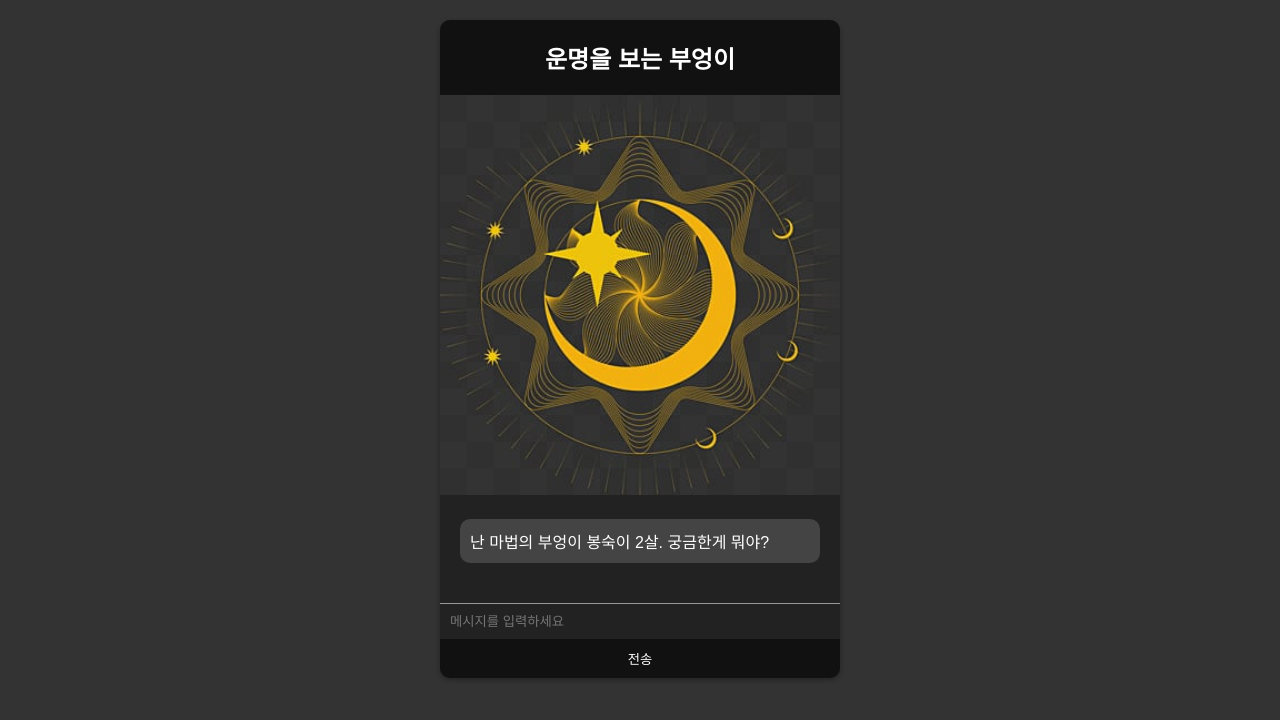
Repository: MYOUNGJOO-KIM/taro
Page: frontend/index.html
These files come from the project's save history. The page is drawn as it stood at one moment and after the next save; the edit follows.
The browser window is 1280 px wide. The pictures show the whole page.

Above is the page before, as saved 2023-07-10 22:27:35.

After the next save:
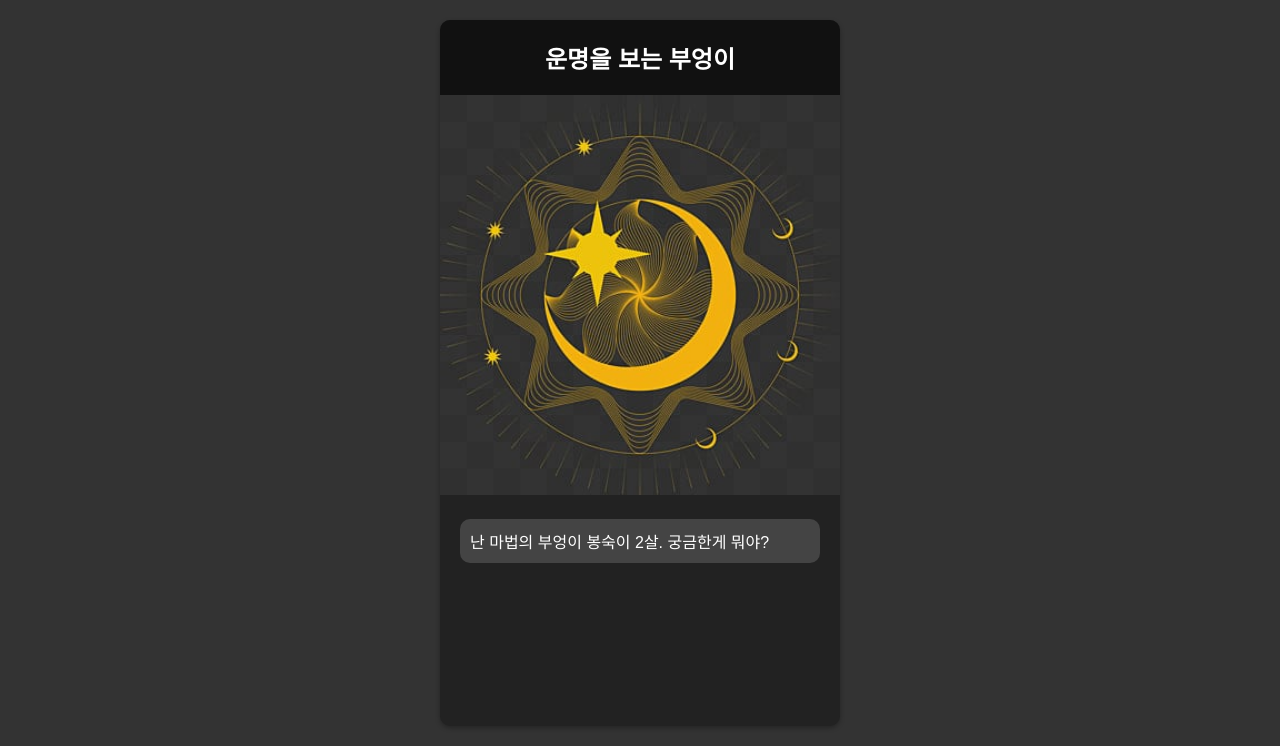
Saved 78 s later.
--- a/frontend/index.html
+++ b/frontend/index.html
@@ -23,6 +23,7 @@
             border-radius: 10px;
             box-shadow: 0 2px 5px rgba(0, 0, 0, 0.3);
             overflow: hidden;
+            height: 98vh;
         }
 
         .chat-header {
@@ -39,8 +40,8 @@
 
         .chat-body {
             padding: 20px;
-            max-height: 300px;
             overflow-y: auto;
+            height: 74%;
         }
 
         .chat-message {
